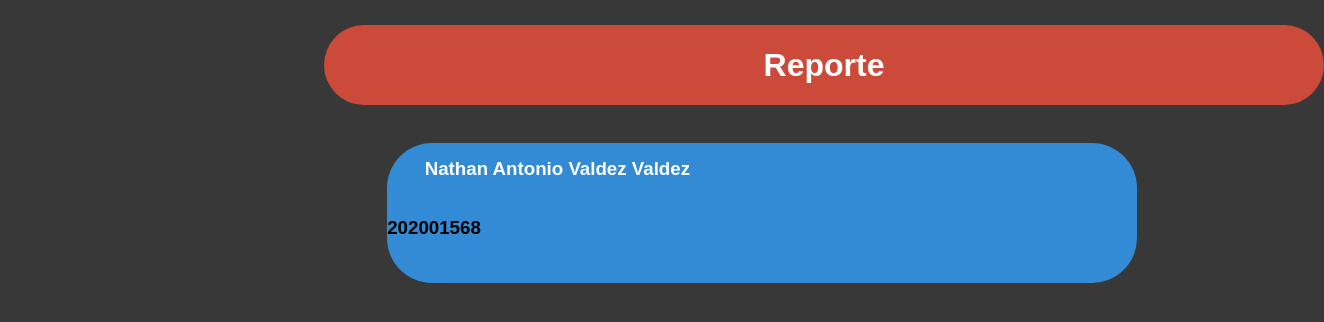
Repository: nathanvdev/LFP_PR_202001568
Page: plantilla.html
The author's editor kept a copy of each file at every save. The page is drawn from the files as they stood at one save, then again after the next save.
The browser window is 1280 px wide. The page is 1324 px wide, so the pictures cover 1324 px, including what lies to the right of the window. The pictures show the whole page.

Above is the page before, as saved 2022-02-19 18:52:59.

After the next save:
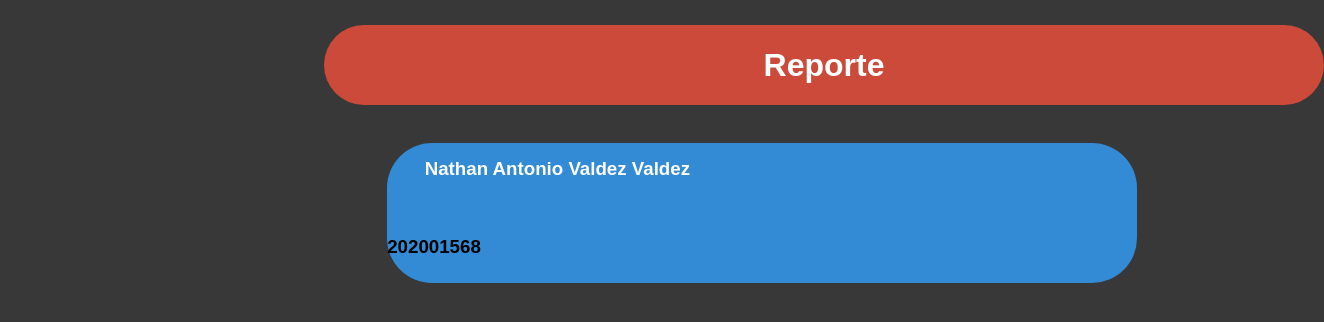
Saved 12 s later.
--- a/plantilla.html
+++ b/plantilla.html
@@ -42,7 +42,7 @@
         padding-top: 15px; margin: 5%;">
             Nathan Antonio Valdez Valdez
         </h3>
-        <h3>
+        <h3 style="float: left;">
             202001568
         </h3>
     </div>
